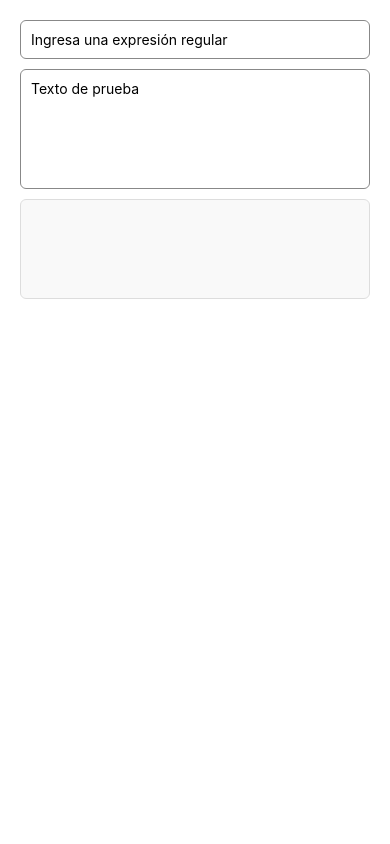
Repository: xunxuno/RegEx
Page: /
An editor plug-in stored every save of this project. The page is shown before and after the next save, followed by the edit.
The browser window is 390 px wide. The pictures show the whole page.
The app was drawn by React Native's web renderer in a window 390 px wide. The project was rebuilt for these pictures with package versions that can differ from the ones it lists, and the page was loaded fresh each time. Some packages were replaced by stand-ins written for this rebuild. Also part of the build but not shown: src/features/regexTester/components/molecules/MatchResult.tsx.

Above is the page before, as saved 2025-06-25 15:35:53.

### App.tsx
import React from 'react';
import { SafeAreaProvider } from 'react-native-safe-area-context';
import { RegexTesterScreen } from './src/features/regexTester/presentation/screens/RegexTesterScreen';

export default function App() {
  return (
    <SafeAreaProvider>
      <RegexTesterScreen />
    </SafeAreaProvider>
  );
}

### src/features/regexTester/presentation/screens/RegexTesterScreen.tsx
import React from 'react';
import { View, StyleSheet, ScrollView, KeyboardAvoidingView, Text} from 'react-native';
import { RegexInput } from '../../components/atoms/RegexInput';
import { TestTextInput } from '../../components/atoms/TestTextInput';
import { MatchResult } from '../../components/molecules/MatchResult';
import { useRegexTesterViewModel } from '../viewmodel/useRegexTesterViewModel';


export const RegexTesterScreen: React.FC = () => {
  const {
    regex,
    testText,
    setRegex,
    setTestText,
    matches,
  } = useRegexTesterViewModel();

  return (
    <ScrollView contentContainerStyle={styles.container}>
      <RegexInput value={regex} onChange={setRegex} />
      <TestTextInput value={testText} onChange={setTestText} />
      <View style={styles.result}>
          <MatchResult text={testText} matches={matches} />
        </View>
    </ScrollView>
  );
};

const styles = StyleSheet.create({
  flex: {
    flex: 1,
  },
  container: {
    padding: 20,
    flexGrow: 1,
    justifyContent: 'flex-start',
  },
  inputs: {
    marginBottom: 20,
  },
  result: {
    minHeight: 100,
    borderWidth: 1,
    borderColor: '#ddd',
    borderRadius: 6,
    padding: 10,
    backgroundColor: '#f9f9f9',
  },
});

### src/features/regexTester/components/atoms/RegexInput.tsx
import React from 'react';
import { TextInput, StyleSheet } from 'react-native';

interface Props {
  value: string;
  onChange: (value: string) => void;
}

export const RegexInput: React.FC<Props> = ({ value, onChange }) => (
  <TextInput
    style={styles.input}
    placeholder="Ingresa una expresión regular"
    value={value}
    onChangeText={onChange}
    autoCapitalize="none"
    autoCorrect={false}
  />
);

const styles = StyleSheet.create({
  input: {
    borderWidth: 1,
    borderColor: '#888',
    padding: 10,
    marginBottom: 10,
    borderRadius: 6,
  },
});

### src/features/regexTester/components/atoms/TestTextInput.tsx
import React from 'react';
import { TextInput, StyleSheet } from 'react-native';

interface Props {
  value: string;
  onChange: (value: string) => void;
}

export const TestTextInput: React.FC<Props> = ({ value, onChange }) => (
  <TextInput
    style={[styles.input, { height: 120 }]}
    placeholder="Texto de prueba"
    multiline
    value={value}
    onChangeText={onChange}
  />
);

const styles = StyleSheet.create({
  input: {
    borderWidth: 1,
    borderColor: '#888',
    padding: 10,
    marginBottom: 10,
    borderRadius: 6,
    textAlignVertical: 'top',
  },
});

### src/features/regexTester/presentation/viewmodel/useRegexTesterViewModel.ts
import { useState, useEffect } from 'react';
import { Pattern } from 'regexpp/ast';
import {parseRegexAst} from '../../utils/parseRegexAst';

export const useRegexTesterViewModel = () => {
  const [regex, setRegex] = useState<string>('');
  const [testText, setTestText] = useState<string>('');
  const [matches, setMatches] = useState<number[][]>([]);
  const [ast, setAst] = useState<Pattern | null>(null);

  useEffect(() => {
    if (!regex || !testText) {
      setMatches([]);
      return;
    }

    try {
      const expression = new RegExp(regex, 'gi');
      const result: number[][] = [];
      let match: RegExpExecArray | null;

      while ((match = expression.exec(testText)) !== null) {
        result.push([match.index, match.index + match[0].length]);
      }

      setMatches(result);
    } catch (err) {
      setMatches([]);
    }
    setAst(parseRegexAst(regex, 'g'));
  }, [regex, testText]);

  return {
    regex,
    testText,
    setRegex,
    setTestText,
    matches,
    ast,
  };
};

### src/features/regexTester/utils/parseRegexAst.ts
import { RegExpParser } from 'regexpp';
import { Pattern } from 'regexpp/ast';

export function parseRegexAst(pattern: string, flags: string = 'g'): Pattern | null {
  try {
    const parser = new RegExpParser({
      ecmaVersion: 2020,
    });

    const ast = parser.parsePattern(pattern, 0, pattern.length, flags.includes('u'));
    return ast;
  } catch (error) {
    console.warn('Error al generar el AST:', error);
    return null;
  }
}

### src/features/regexTester/components/molecules/ASTViewer.tsx
import React from 'react';
import { View, Text, StyleSheet, Platform } from 'react-native';
import { Pattern, Node } from 'regexpp/ast';

interface Props {
  ast: Pattern | null;
}

export const ASTViewer: React.FC<Props> = ({ ast }) => {
  if (!ast) {
    return <Text style={styles.info}>AST no disponible (regex inválida).</Text>;
  }

  const renderNode = (node: Node, depth = 0): React.ReactNode => {
    const indent = '│  '.repeat(depth);

    const label = `${indent}└─ ${node.type}`;

    const children: Node[] =
      'elements' in node && Array.isArray((node as any).elements)
        ? (node as any).elements
        : 'expression' in node && node.expression
        ? [node.expression]
        : [];

    return (
      <View key={`${node.type}-${node.start}`} style={styles.node}>
        <Text style={styles.text}>{label}</Text>
        {children.map((child) => renderNode(child, depth + 1))}
      </View>
    );
  };

  return (
    <View style={styles.container}>
      <Text style={styles.title}>Árbol de Sintaxis Abstracta (AST):</Text>
      {renderNode(ast)}
    </View>
  );
};

const styles = StyleSheet.create({
  container: {
    marginTop: 20,
    padding: 10,
    backgroundColor: '#eef',
    borderRadius: 6,
  },
  title: {
    fontWeight: 'bold',
    marginBottom: 8,
    color: '#333',
  },
  node: {
    marginVertical: 2,
  },
  text: {
    fontSize: 14,
    color: '#222',
    fontFamily: Platform.select({ ios: 'Courier', android: 'monospace' }),
  },
  info: {
    color: 'gray',
    fontStyle: 'italic',
  },
});

Loaded but not shown: index.ts (common file)

After the next save:
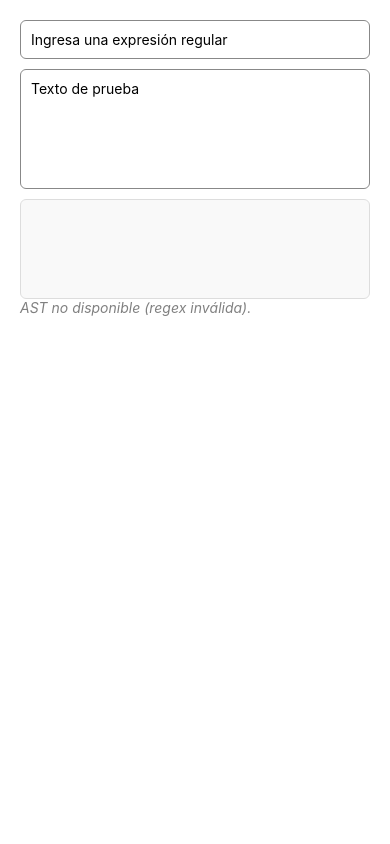
Saved 2 min 40 s later.
--- a/src/features/regexTester/presentation/screens/RegexTesterScreen.tsx
+++ b/src/features/regexTester/presentation/screens/RegexTesterScreen.tsx
@@ -4,6 +4,7 @@ import { RegexInput } from '../../components/atoms/RegexInput';
 import { TestTextInput } from '../../components/atoms/TestTextInput';
 import { MatchResult } from '../../components/molecules/MatchResult';
 import { useRegexTesterViewModel } from '../viewmodel/useRegexTesterViewModel';
+import { ASTViewer } from '../../components/molecules/ASTViewer';
 
 
 export const RegexTesterScreen: React.FC = () => {
@@ -13,6 +14,7 @@ export const RegexTesterScreen: React.FC = () => {
     setRegex,
     setTestText,
     matches,
+    ast,
   } = useRegexTesterViewModel();
 
   return (
@@ -22,6 +24,7 @@ export const RegexTesterScreen: React.FC = () => {
       <View style={styles.result}>
           <MatchResult text={testText} matches={matches} />
         </View>
+        <ASTViewer ast={ast} />
     </ScrollView>
   );
 };
